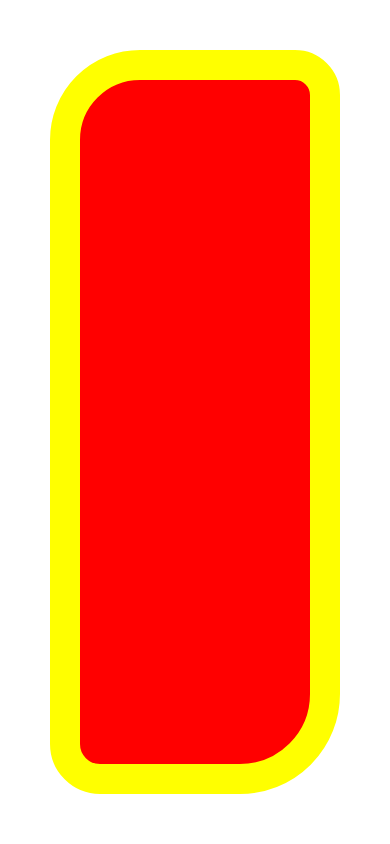
Repository: akinmiday/ReactNativeApp
Screen: /
These files come from the project's save history. The screen is drawn as it stood at one moment and after the next save; the edit follows.
The app was drawn by React Native's web renderer in a window 390 px wide. The project was rebuilt for these pictures with package versions that can differ from the ones it lists, and the page was loaded fresh each time.

Above is the screen before, as saved 2023-08-06 16:13:06.

After the next save:
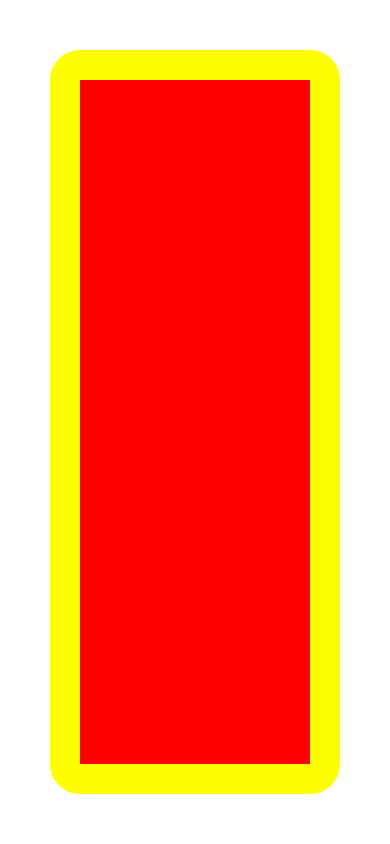
Saved 22 s later.
--- a/styles.js
+++ b/styles.js
@@ -7,10 +7,7 @@ const styles = StyleSheet.create({
     padding: 20,
     margin: 50,
     borderColor: "yellow",
-    borderBottomLeftRadius: 50,
-    borderBottomRightRadius: 100,
-    borderTopLeftRadius: 90,
-    borderTopRightRadius: 45,
+    borderRadius: 30,
     borderWidth: 30,
   },
   input: {
